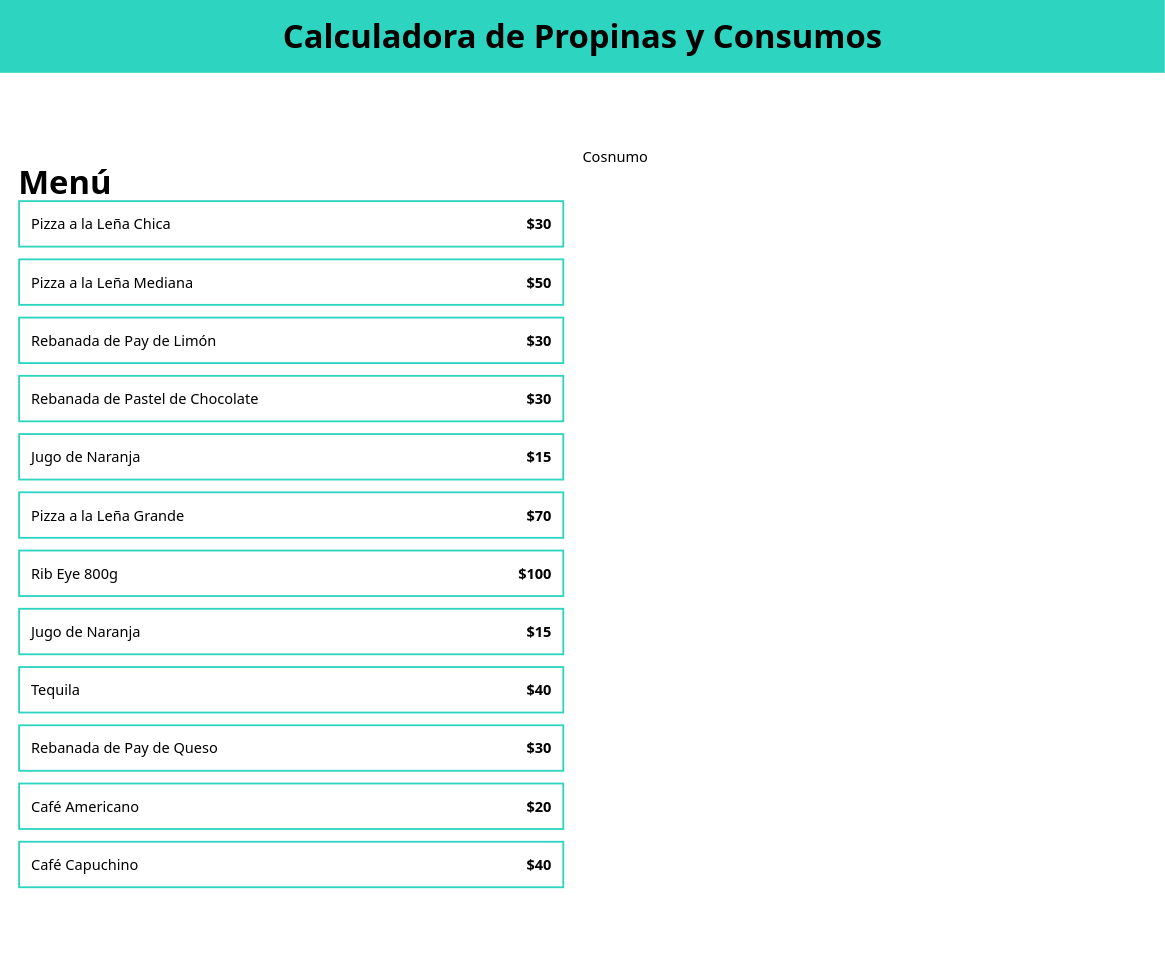
Repository: Matiiu/tip-calculator
Page: /
The author's editor kept a copy of each file at every save. The page is drawn from the files as they stood at one save, then again after the next save.
The browser window is 1280 px wide. The pictures show the whole page, at 91% of full size.
The project was rebuilt for these pictures with package versions that can differ from the ones it lists, and the page was loaded fresh each time. Also part of the build but not shown: vite.config.ts.

Above is the page before, as saved 2024-03-29 09:57:21.

### src/App.tsx
import Header from "./components/Header";
import { menuItems } from "./api/db";
import MenuItem from "./components/MenuItem";

export default function App() {
  return (
    <>
      <Header />

      <main className="max-w-7xl mx-auto py-20 grid md:grid-cols-2">
        <div className="p-5">
          <h2 className="text-4xl font-black">Menú</h2>

          <section className="space-y-3">
            {menuItems.map(item => (
              <MenuItem
                key={item.id}
                item={item}
              />
            ))}
          </section>
        </div>

        <div>
          <h2>Cosnumo</h2>

        </div>
      </main>
    </>
  )
}

### src/components/Header.tsx
export default function Header() {
  return (
    <header className="bg-teal-400 py-5">
        <h1 className="text-center text-4xl font-black">Calculadora de Propinas y Consumos</h1>
    </header>
  )
}

### src/api/db.ts
import type { MenuItem } from '../types';

export const menuItems: MenuItem[] = [
  {
    id: 1,
    name: "Pizza a la Leña Chica",
    price: 30,
  },
  {
    id: 2,
    name: "Pizza a la Leña Mediana",
    price: 50,
  },
  {
    id: 3,
    name: "Rebanada de Pay de Limón",
    price: 30,
  },
  {
    id: 4,
    name: "Rebanada de Pastel de Chocolate",
    price: 30,
  },
  {
    id: 5,
    name: "Jugo de Naranja",
    price: 15,
  },
  {
    id: 6,
    name: "Pizza a la Leña Grande",
    price: 70,
  },
  {
    id: 7,
    name: "Rib Eye 800g",
    price: 100,
  },
  {
    id: 8,
    name: "Jugo de Naranja",
    price: 15,
  },
  {
    id: 9,
    name: "Tequila",
    price: 40,
  },
  {
    id: 10,
    name: "Rebanada de Pay de Queso",
    price: 30,
  },
  {
    id: 11,
    name: "Café Americano",
    price: 20,
  },
  {
    id: 12,
    name: "Café Capuchino",
    price: 40,
  },
];

### src/components/MenuItem.tsx
import type { MenuItem } from "../types";

type MenuItemProps = {
  item: MenuItem;
};

export default function MenuItem({ item }: MenuItemProps) {
  return (
    <button className="border-2 border-teal-400 hover:bg-teal-200 w-full p-3 flex justify-between">
        <p>{item.name}</p>
        <p className="font-black">${item.price}</p>
    </button>
  );
}

Loaded but not shown: index.html (common file); src/main.tsx (common file); src/index.css (common file); tailwind.config.js (common file)

After the next save:
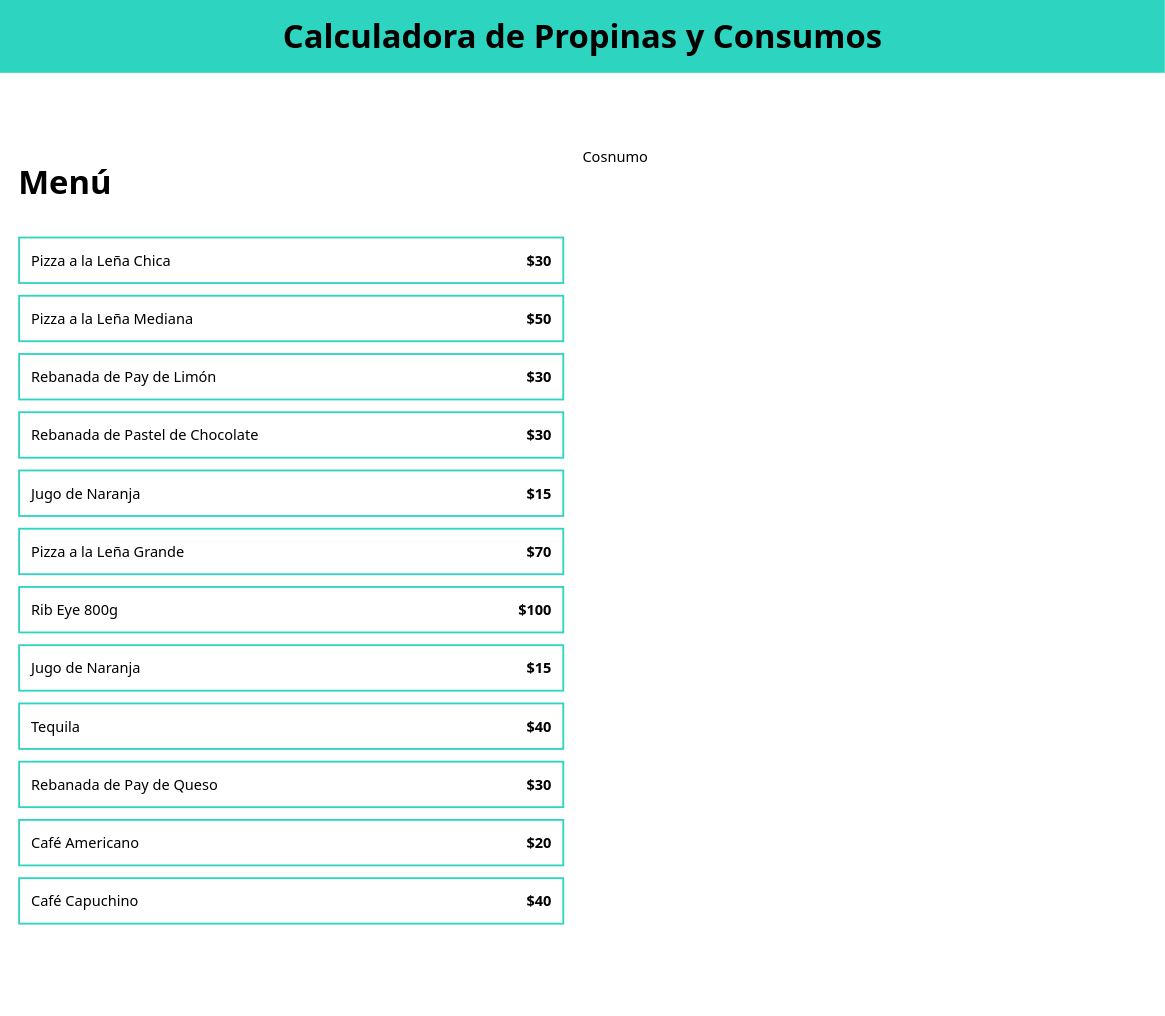
Saved 10 s later.
--- a/src/App.tsx
+++ b/src/App.tsx
@@ -11,7 +11,7 @@ export default function App() {
         <div className="p-5">
           <h2 className="text-4xl font-black">Menú</h2>
 
-          <section className="space-y-3">
+          <section className="space-y-3 mt-10">
             {menuItems.map(item => (
               <MenuItem
                 key={item.id}
